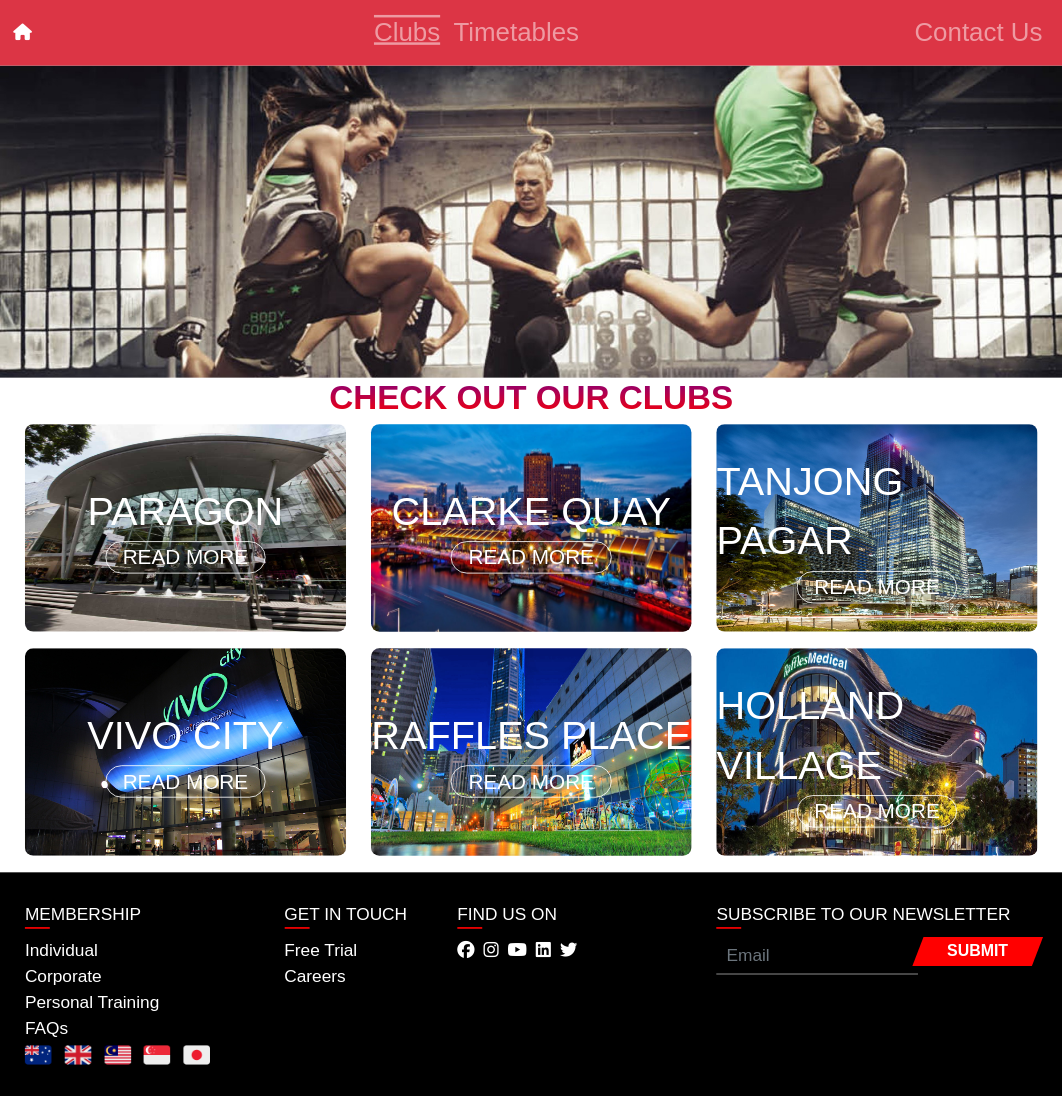
Repository: KJY93/User_Centric_Frontend_Development_Project
Page: clubs.html
The author's editor kept a record of every edit. The page is drawn from the files as they stood at one moment, then again after the next edit.
The browser window is 1280 px wide. The pictures show the whole page, at 83% of full size.
Some web fonts or font styles are not loaded; a fallback is used. Some web libraries are served in a nearby version.

Above is the page before.

### clubs.html
<!DOCTYPE html>
<html lang="en-US">
	<head>
	    <meta charset="UTF-8">
	    <meta name="viewport" content="width=device-width, initial-scale=1.0">
	    <meta http-equiv="X-UA-Compatible" content="ie=edge">
	    <title>Shape Shifters | Our Clubs</title>

		<!-- Google Fonts -->
	    <link href="https://fonts.googleapis.com/css?family=Cute+Font&display=swap" rel="stylesheet">

	    <!-- Logo -->
	    <link rel="icon" href="static/fitness-logo.ico">

	    <!-- Bootstrap CSS -->
	    <link rel="stylesheet" href="https://stackpath.bootstrapcdn.com/bootstrap/4.3.1/css/bootstrap.min.css" integrity="sha384-ggOyR0iXCbMQv3Xipma34MD+dH/1fQ784/j6cY/iJTQUOhcWr7x9JvoRxT2MZw1T" crossorigin="anonymous">

	    <!-- External CSS StyleSheet -->
		<link rel="stylesheet" type="text/css" href="static/styles.css">

		<!-- Bootstrap JS -->
	    <script src="https://code.jquery.com/jquery-3.3.1.slim.min.js" integrity="sha384-q8i/X+965DzO0rT7abK41JStQIAqVgRVzpbzo5smXKp4YfRvH+8abtTE1Pi6jizo" crossorigin="anonymous"></script>
	    <script src="https://cdnjs.cloudflare.com/ajax/libs/popper.js/1.14.7/umd/popper.min.js" integrity="sha384-UO2eT0CpHqdSJQ6hJty5KVphtPhzWj9WO1clHTMGa3JDZwrnQq4sF86dIHNDz0W1" crossorigin="anonymous"></script>
	    <script src="https://stackpath.bootstrapcdn.com/bootstrap/4.3.1/js/bootstrap.min.js" integrity="sha384-JjSmVgyd0p3pXB1rRibZUAYoIIy6OrQ6VrjIEaFf/nJGzIxFDsf4x0xIM+B07jRM" crossorigin="anonymous"></script>

	    <!-- Font Awesome -->
	    <script src="https://kit.fontawesome.com/3df94da5fe.js"></script>

	    <!--External JS -->
	    <script type="text/javascript" src="static/index.js"></script>
	</head>
	<body>
		<main>
	        <!-- Navbar -->
			<nav class="navbar navbar-expand-md navbar-dark bg-danger">

			  	<button class="navbar-toggler" type="button" data-toggle="collapse" data-target="#navbarNav">
			    <span class="navbar-toggler-icon"></span>
			  	</button>
			  	<div class="collapse navbar-collapse" id="navbarNav">
					<ul class="navbar-nav">
						<li class="nav-item">
			    			<a class="navbar-brand" href="index.html"><i class="fas fa-home"></i></a>
			    		</li>
					</ul>
			    	<ul class="navbar-nav ml-auto">
			      		<li class="nav-item">
			        		<a class="nav-link" href="clubs.html">Clubs</a>
			      		</li>
			      		<li class="nav-item">
			        		<a class="nav-link" href="timetables.html">Timetables</a>
			      		</li>
			    	</ul>

			    	<ul class="navbar-nav ml-auto">
			      		<li class="nav-item">
			        		<a class="nav-link" href="contact.html">Contact Us</a>
			      		</li>
			    	</ul>
			  	</div>
			</nav>

			<!-- Header background -->
			<div id="club-header-background"></div>

			<div>
				<h1 class="club-header"><strong>CHECK OUT OUR CLUBS</strong></h1>
			</div>

			<!-- To display clubs location -->
			<div class="container-fluid">
				<div class="row">
					<div class="col-sm-12 col-md-4 location-container">
						<a id="location-image-1" class="location" href="#">
							<div class="location-name">
								PARAGON
							</div>
							<div class="club-info">
								READ MORE
							</div>
						</a>
					</div>

					<div class="col-sm-12 col-md-4 location-container">
						<a id="location-image-2" class="location" href="#">
							<div class="location-name">
								CLARKE QUAY
							</div>
							<div class="club-info">
								READ MORE
							</div>
						</a>
					</div>

					<div class="col-sm-12 col-md-4 location-container">
						<a id="location-image-3" class="location" href="#">
							<div class="location-name">
								TANJONG PAGAR
							</div>
							<div class="club-info">
								READ MORE
							</div>
						</a>
					</div>

					<div class="col-sm-12 col-md-4 location-container">
						<a id="location-image-4" class="location" href="#">
							<div class="location-name">
								VIVO CITY
							</div>
							<div class="club-info">
								READ MORE
							</div>
						</a>
					</div>

					<div class="col-sm-12 col-md-4 location-container">
						<a id="location-image-5" class="location" href="#">
							<div class="location-name">
								RAFFLES PLACE
							</div>
							<div class="club-info">
								READ MORE
							</div>
						</a>
					</div>

					<div class="col-sm-12 col-md-4 location-container">
						<a id="location-image-6" class="location" href="#">
							<div class="location-name">
								HOLLAND VILLAGE
							</div>
							<div class="club-info">
								READ MORE
							</div>
						</a>
					</div>
				</div>
			</div>

			<!-- Footer -->
			<footer>
				<div class="container-fluid">
					<div class="row">
						<div class="col-sm-12 col-md-3">
							<div>MEMBERSHIP</div>
							<div class="separator"></div>
							<div>Individual</div>
							<div>Corporate</div>
							<div>Personal Training</div>
							<div>FAQs</div>
						</div>

						<div class="col-sm-12 col-md-2">
							<div>GET IN TOUCH</div>
							<div class="separator"></div>
							<div>Free Trial</div>
							<div>Careers</div>
						</div>

						<div class="col-sm-12 col-md-3">
							<div>FIND US ON</div>
							<div class="separator"></div>
							<div>
								<i class="fab fa-facebook social-media-logo"></i>
								<i class="fab fa-instagram social-media-logo"></i>
								<i class="fab fa-youtube social-media-logo"></i>
								<i class="fab fa-linkedin social-media-logo"></i>
								<i class="fab fa-twitter social-media-logo"></i>
							</div>
						</div>

						<div class="col-sm-12 col-md-4">
							<div>SUBSCRIBE TO OUR NEWSLETTER</div>

							<div class="separator"></div>

							<form method="post" action="">
								<div class="input-field-container">
									<div class="form-group">
										<input input id="subscription" type="email" class="form-control" placeholder="Email" required>
									</div>

									<div class="each">
										<button type="button" class="submit-btn" value="submit"><span>SUBMIT</span></button>
									</div>
								</div>
							</form>
						</div>

						<div class="col-sm-12">
							<img class="flag-logo" src="static/australia-flag.png" alt="australia flag"/>
							<img class="flag-logo" src="static/uk-flag.png" alt="uk flag"/>
							<img class="flag-logo" src="static/mys-flag.png" alt="malaysia flag"/>
							<img class="flag-logo" src="static/sg-flag.png" alt="singapore flag"/>
							<img class="flag-logo" src="static/jpn-flag.png" alt="japan flag"/>
						</div>
					</div>
				</div>
			</footer>
		</main>
	</body>
</html>

### static/styles.css
body, html {
	height: 100%;
}

body {
	font-family: 'Cute Font', cursive, sans-serif;
}

.activepage a {
	text-decoration: underline overline;
	padding: 8px;
}

.nav-link {
	font-size: 1.5em;
}

body.home a.home, body.articles a.articles, body.blog a.blog {

	background-color: green;

}

.nav-item {
	font-size: 130%;
}

.table-striped > tbody > tr:nth-child(odd) > td {
	background: -webkit-linear-gradient(top, #fee5ac, #ffa824);
}

#subscription {
  background: transparent;
  border: none;
  border-bottom: 1px solid #a9a9a9;
  box-shadow: none;
  border-radius: 0;
}

.iframe-video-size {
	width: 300px;
	height: 320px;
}

.social-media-logo {
	margin-right: 5px;
}

.separator {
	margin-bottom: 10px;
	height: 2px;
	width: 30px;
	background: rgb(255, 0, 0);
	z-index: 1;
}

.row {
	margin-left: 0;
	margin-right: 0;
}

#advert > h1 {
	color: #ffffff;
}

#signup-link {
	color: #ffffff;
}

input[type="email"] {
 	font-size: 1em;
}

/*.col-sm-12, .col-md-6, .nav-link, #signup-link {*/
.col-sm-12, .col-md-6, #signup-link {
	font-size: 1.3em;
}

.link-deco:link {
	text-decoration: none;
}

.link-deco:hover {
	font-size:120%;
}

.link-font-color, button > .link-deco:hover {
	color: #ffffff;
}

.box2, .box3 {
	background: rgba(255,117,117,0.1);
}

.button-container, p, .challenge-container, #signup-container, .box3, .box2 {
	text-align: center;
}

#divider {
	width: 100%;
	border: 1px solid black;
}

footer {
	padding-top: 35px;
	padding-bottom: 35px;
	background: rgba(0, 0, 0);
	color: #ffffff;
}

.box1 {
	background:url('../static/background-mobile.jpg');
	background-repeat: no-repeat;
	background-size: 100% 100%;
	height: 280px;
	display: flex;
	align-items: center;
	justify-content: center;
}

/*https://codepen.io/adamjohnson/pen/aokGt*/
/* Skew button design adapted from the above codepen project*/
.submit-btn {
	color: #fff;
	background: #ff0000;
	font-weight: 700;
	text-align: center;
	text-decoration: none;
	border: 0;
	outline: 0;
	font-size: 1.2rem;
	padding: 12px 35px;
	display: inline-block;
	transform: skew(-21deg);
	border-radius: 0;
}

.input-field-container {
	display: flex;
	flex-direction: row;
}

.submit-btn:hover {
	background: #0069a8;
}

span {
	display: inline-block; /* change to inline-block so that the text can be un-skewed*/
}

.submit-btn > span {
	-webkit-transform: skew(21deg);  /* Un-skew the text */
}

.btn-group {
	padding-left: 15px;
}

.btn-group-1 {
	background: lightblue;
}

.flag-logo {
	padding-right: 10px;
}

#club-header-background {
	background:url('../static/bodycombat.jpg');
	background-repeat: no-repeat;
	background-size: 100% 100%;
	height: 200px;
}

.club-header {
	text-align: center;
	background: linear-gradient(to top, #ff0000 , #800080);
	-webkit-background-clip: text;
	-webkit-text-fill-color: transparent;
	font-size: 2.5em;
}

.location {
	display: flex;
	flex-direction: column;
	justify-content: center;
	align-items: center;
	color: #ffffff;
	margin-bottom: 20px;
}

.location:link {
	text-decoration: none;
}

.location:hover {
	opacity: 0.8;
}

.location:hover .location-name, .location:hover .club-info {
	background: linear-gradient(to top, #ff0000 , #ff9800);
	-webkit-background-clip: text;
	-webkit-text-fill-color: transparent;
}

.location-name {
	font-size: 2.3em;
}

.club-info {
	font-size: 1.2em;
	border: 1px solid #ffffff;
	padding-left: 20px;
	padding-right: 20px;
	border-radius: 20px;
}

#location-image-1 {
	background:url('../static/paragon.jpg');
    background-size: 100% 100%;
    background-repeat: no-repeat;
    background-position: center;
	border-radius: 10px;
	height: 250px;
}

#location-image-2 {
	background:url('../static/clarke-quay.jpg');
    background-size: 100% 100%;
    background-repeat: no-repeat;
    background-position: center;
	border-radius: 10px;
	height: 250px;
}

#location-image-3 {
	background:url('../static/tanjongpagar.jpg');
    background-size: 100% 100%;
    background-repeat: no-repeat;
    background-position: center;
	border-radius: 10px;
	height: 250px;
}

#location-image-4 {
	background:url('../static/vivocity.jpg');
    background-size: 100% 100%;
    background-repeat: no-repeat;
    background-position: center;
	border-radius: 10px;
	height: 250px;
}

#location-image-5 {
	background:url('../static/rafflesplace.jpg');
    background-size: 100% 100%;
    background-repeat: no-repeat;
    background-position: center;
	border-radius: 10px;
	height: 250px;
}

#location-image-6 {
	background:url('../static/rafflesmall.jpg');
    background-size: 100% 100%;
    background-repeat: no-repeat;
    background-position: center;
	border-radius: 10px;
	height: 250px;
}

#timetables-header-background {
	background:url('../static/groupyoga.jpg');
	background-repeat: no-repeat;
	background-size: 100% 100%;
	height: 250px;
}

/* override text alignment and font-size*/
.table {
	text-align: center;
	font-size: 1.3rem;
}

#contact-us-background {
	background:url('../static/reachout.jpg');
	background-repeat: no-repeat;
	background-size: 100% 100%;
	height: 200px;
}

.contact-container {
	display: flex;
	align-items: center;
	flex-direction: column;
}

.generic-submit-btn-container, .form-attribute {
	text-align: center;
}

.form-group.w-75 {
	text-align: center;
}

.contact-us {
	font-size: 1.8em;
}

.generic-submit-btn-container {
	margin-bottom: 15px;
}

.form-attribute, .form-placeholder:placeholder-shown, textarea:placeholder-shown {
  font-size: 1.2em;
}

/* for extra small device */
@media (max-width: 400px) {
	.iframe-video-size {
	width: 260px;
	height: 320px;
	}

	#club-header-background {
		height: 160px;
	}

	.club-header {
		font-size: 2.0em;
	}

	.location-name {
		font-size: 2.0em;
	}

	.club-info {
		font-size: 1.0em;
	}

	.contact-us {
		font-size: 1.5em;
	}
	.box1 {
		height: 220px;
	}
}

/* for medium screen device */
@media (min-width: 768px) and (max-width: 991.98px) {
	.box1 {
		background:url('../static/background.jpg');
		background-repeat: no-repeat;
		height: 400px; /* 550 */
		background-size: 100% 100%;
	}

	.box2 {
		text-align: center;
	}

	.btn-group {
		padding-left: 0;
	}

	.iframe-video-size {
		width: 340px;
		height: 320px;
	}

	#timetables-header-background {
		height: 450px;
	}

	.table {
		font-size: 1.8rem;
	}

	#contact-us-background {
		height: 450px;
	}

	.form-attribute, .form-placeholder:placeholder-shown, textarea:placeholder-shown,
	.generic-submit-btn-container > button {
	  font-size: 1.4em;
	}

	.location-name, .club-info {
		font-size: 1.5em;
	}
}

/* for large screen device */
@media (min-width: 992px) {
	.box1 {
		height: 600px;
	}

	.btn-group {
		padding-left: 0;
	}

	.submit-btn {
		padding: 3px 35px;
	}

	.iframe-video-size {
		width: 470px;
		height: 320px;
	}

	#club-header-background {
		height: 376px;
	}

	#timetables-header-background {
		height: 600px;
	}

	#contact-us-background {
		height: 550px;
	}

	.form-attribute, .form-placeholder:placeholder-shown, textarea:placeholder-shown,
	.generic-submit-btn-container > button {
	  font-size: 1.5em;
	}

}

### static/index.js
// added interactivity to show user which current page they are currently on using javascript
document.addEventListener('DOMContentLoaded', () => {

    var navlinkitem = document.querySelectorAll('nav li a');
    console.log(navlinkitem);

    for (var i = 0; i < navlinkitem.length; i++) {

        if (navlinkitem[i].href == window.location.href) {
            navlinkitem[i].parentElement.classList.add('activepage');
        }
    }
});

After the next edit:
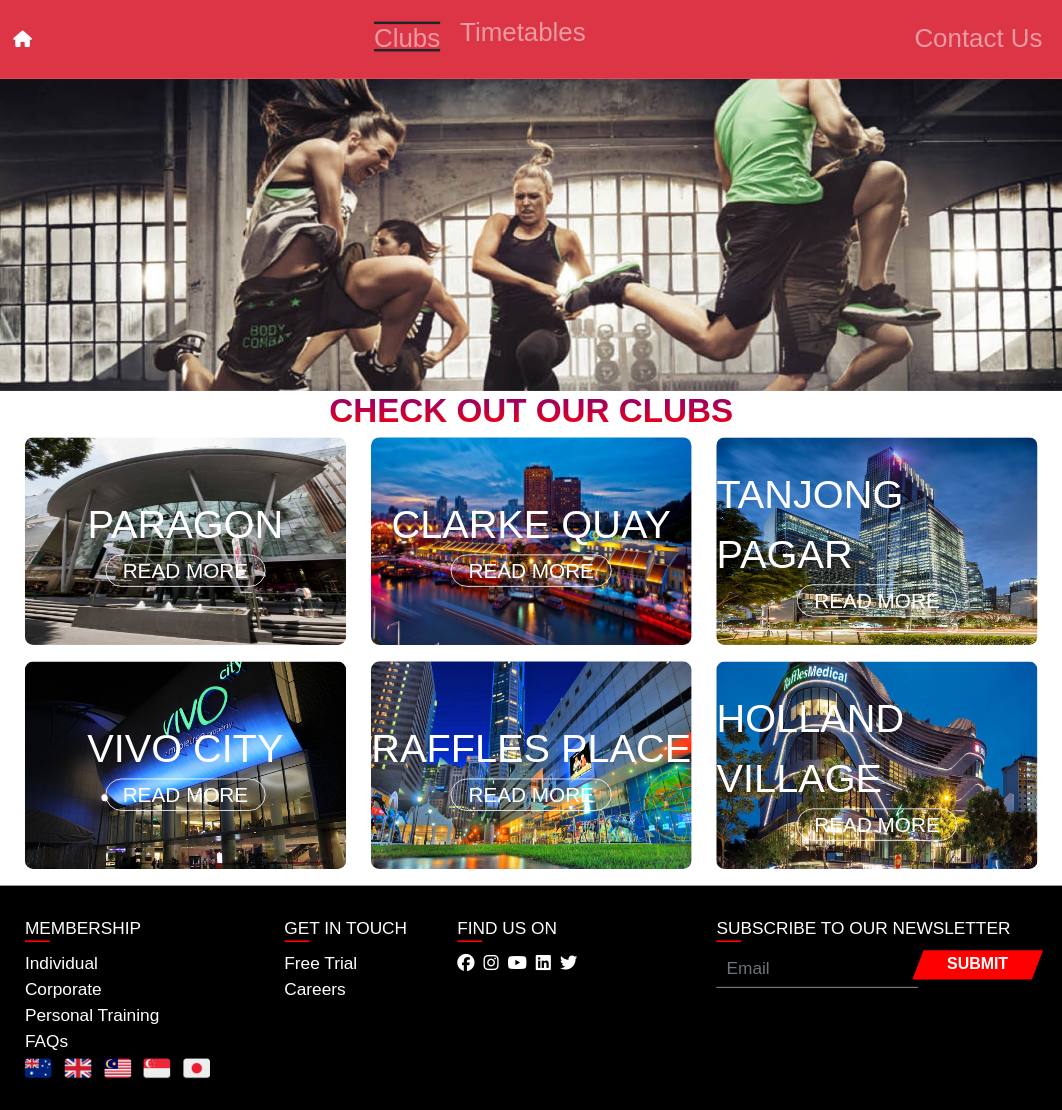
The edit:
--- a/static/styles.css
+++ b/static/styles.css
@@ -6,7 +6,7 @@
 	font-family: 'Cute Font', cursive, sans-serif;
 }
 
-.activepage a {
+.activepage {
 	text-decoration: underline overline;
 	padding: 8px;
 }
